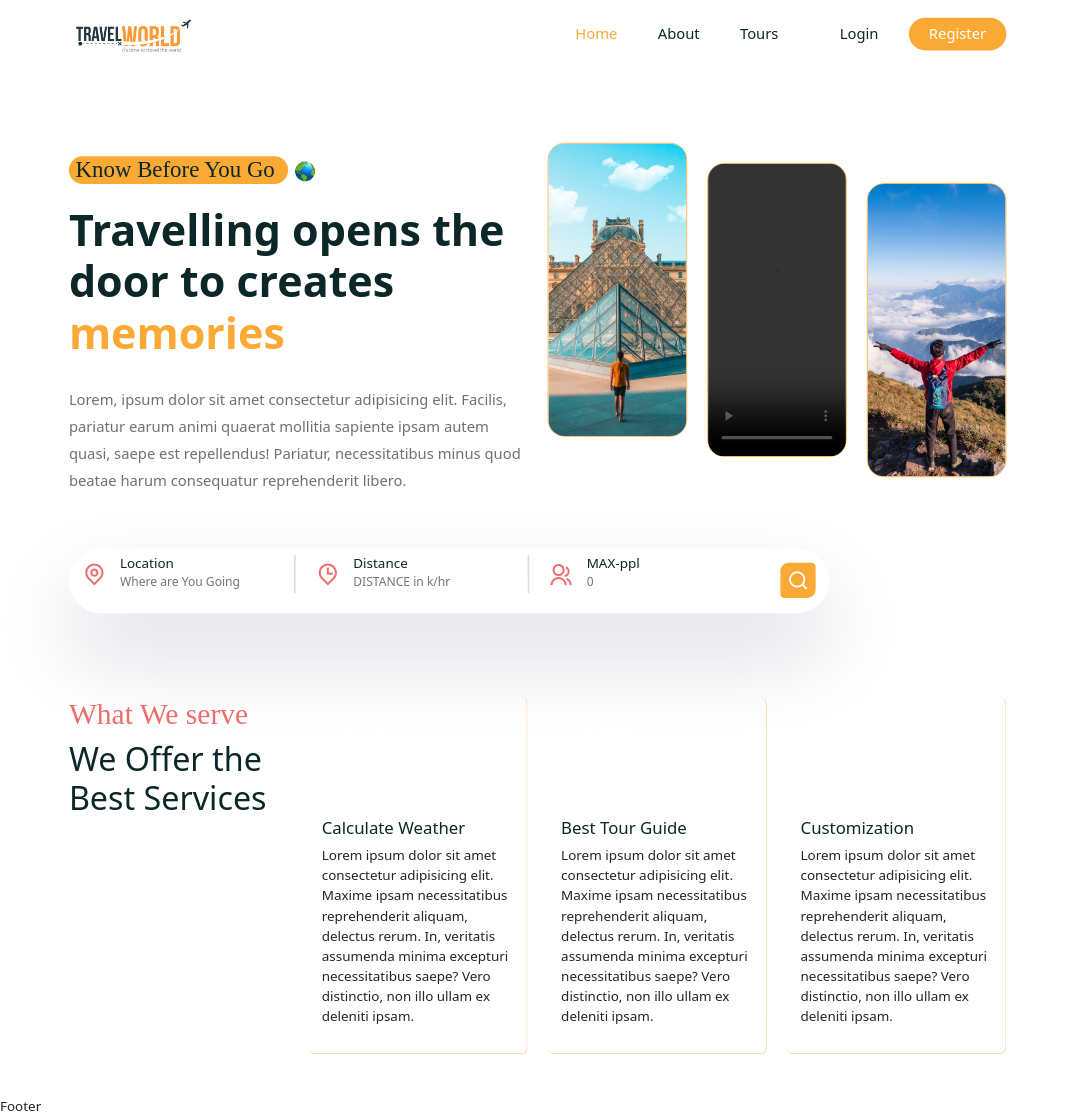
Repository: remydev47/travell-agency
Page: /
These files come from the project's save history. The page is drawn as it stood at one moment and after the next save; the edit follows.
The browser window is 1280 px wide. The pictures show the whole page, at 84% of full size.
Pictures or frames that could not be fetched are drawn as grey boxes. Some web fonts or font styles are not loaded; a fallback is used. The project was rebuilt for these pictures with package versions that can differ from the ones it lists, and the page was loaded fresh each time. Also part of the build but not shown: vite.config.js, src/pages/Login.jsx, src/pages/TourDetails.jsx, src/pages/Tours.jsx, src/pages/SearchResultList.jsx, src/pages/Register.jsx. Imported but missing from the stored project, and not drawn on this page: src/assets/images/hero-video.mp4.

Above is the page before, as saved 2023-02-02 11:57:27.

After the next save:
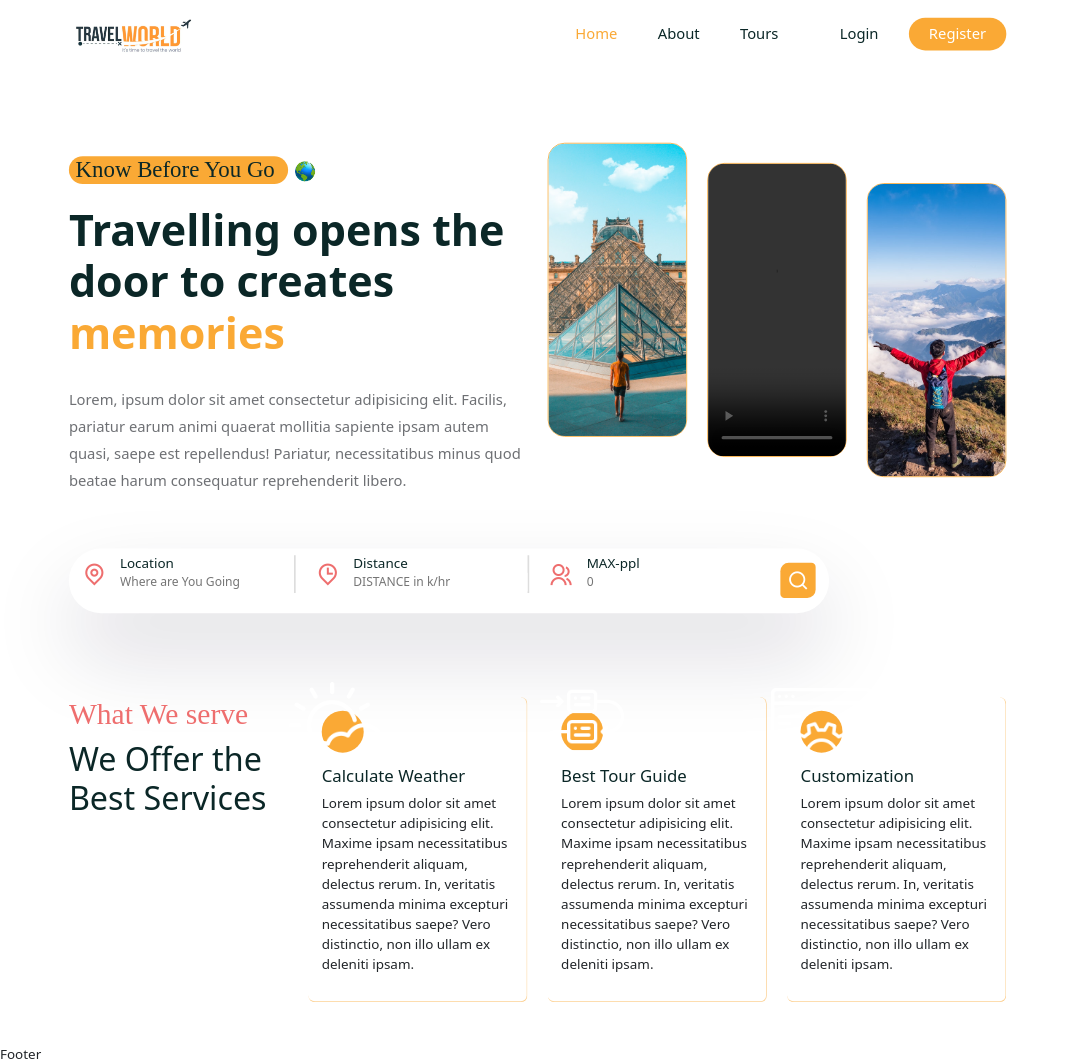
Saved 2 min 13 s later.
--- a/src/services/service-card.css
+++ b/src/services/service-card.css
@@ -4,3 +4,15 @@
     border-right: 1px solid #faa83586;
     border-radius: 0.5rem;
 }
+
+.service__img{
+    width: 50px;
+    height: 50px;
+    display: flex;
+    align-items: center;
+    justify-content: center;
+    border-radius: 50px;
+    background: var(--secondary-color);
+    padding: 0.5rem;
+    margin-bottom: 1rem;
+}
